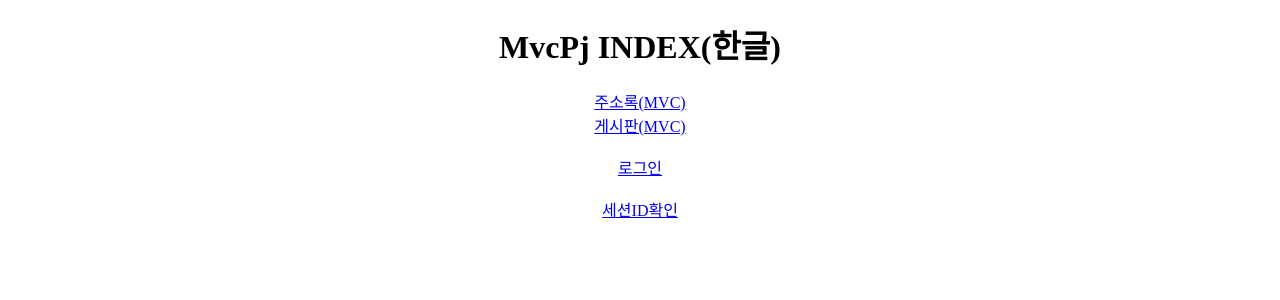
Repository: betweenhj702/Web-App-Server-Practices
Page: http://localhost/MvcPj/
An editor plug-in stored every save of this project. The page is shown before and after the next save, followed by the edit.
The browser window is 1280 px wide. The pictures show the whole page.
The page is served by Tomcat 9. Other server files are loaded and not shown.

Above is the page before, as saved 2021-01-06 03:56:30.

### workspace/MvcPj/WebContent/index.jsp
<%@ page language="java" contentType="text/html; charset=UTF-8" pageEncoding="UTF-8"%>
<%@ taglib prefix="c" uri="http://java.sun.com/jsp/jstl/core" %>
<!DOCTYPE html>
<html>
<head>
<meta charset="UTF-8">
<title>MvcPj index</title>
</head>
<body>
	<div style="text-align:center">
		<h1>MvcPj INDEX(한글)</h1>
		<p>
		<c:if test="${!member.flag or empty member}">
			<a href="addr/addr.do">주소록(MVC)</a><br/>
		 	<a href="sm/sm.do?cp=1&ps=3">게시판(MVC)</a><br/><br/>
		 	<a href="login/login.do?m=form">로그인</a><br/><br/>
		 	<a href="scope/session_test.jsp">세션ID확인</a><br/>
		 </c:if>
		 <c:if test="${member.flag}">
		 	<a href="../addr/addr.do">주소록(MVC)</a><br/>
		 	<a href="../sm/sm.do?cp=1&ps=3">게시판(MVC)</a><br/><br/>
		 	<a href="login.do?m=logout">로그아웃</a>
		 		${member.email}&nbsp;&nbsp;&nbsp;${member.name}&nbsp;&nbsp;&nbsp;${member.phone}
		 		<br/><br/>
		 	<a href="../scope/session_test.jsp">세션ID확인</a><br/>
		 </c:if>





		</p>
		</div>
</body>
</html>

After the next save:
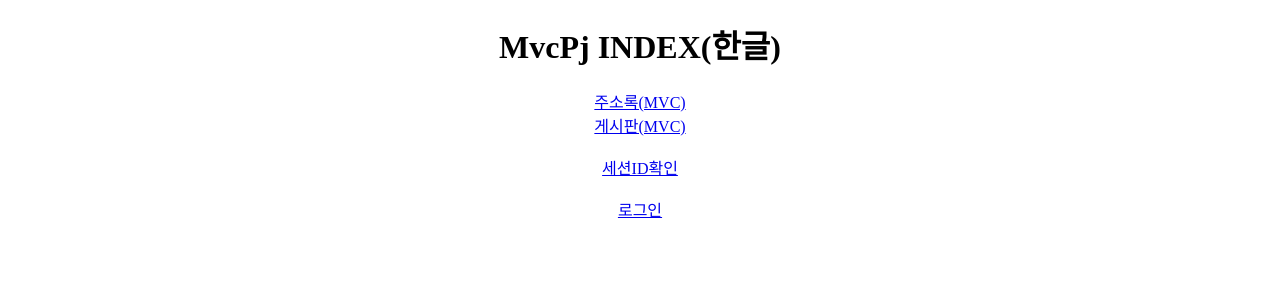
Saved 2 min 27 s later.
--- a/workspace/MvcPj/WebContent/index.jsp
+++ b/workspace/MvcPj/WebContent/index.jsp
@@ -10,19 +10,19 @@
 	<div style="text-align:center">
 		<h1>MvcPj INDEX(한글)</h1>
 		<p>
-		<c:if test="${!member.flag or empty member}">
 			<a href="addr/addr.do">주소록(MVC)</a><br/>
 		 	<a href="sm/sm.do?cp=1&ps=3">게시판(MVC)</a><br/><br/>
-		 	<a href="login/login.do?m=form">로그인</a><br/><br/>
-		 	<a href="scope/session_test.jsp">세션ID확인</a><br/>
-		 </c:if>
+
+		 	<a href="scope/session_test.jsp">세션ID확인</a><br/><br/>
+		 	<c:if test="${!member.flag or empty member}">
+		 		<a href="login/login.do?m=form">로그인</a><br/><br/>
+		 	</c:if>
+
 		 <c:if test="${member.flag}">
-		 	<a href="../addr/addr.do">주소록(MVC)</a><br/>
-		 	<a href="../sm/sm.do?cp=1&ps=3">게시판(MVC)</a><br/><br/>
-		 	<a href="login.do?m=logout">로그아웃</a>
-		 		${member.email}&nbsp;&nbsp;&nbsp;${member.name}&nbsp;&nbsp;&nbsp;${member.phone}
-		 		<br/><br/>
-		 	<a href="../scope/session_test.jsp">세션ID확인</a><br/>
+		 	<a href="login.do?m=logout">로그아웃</a><br/>
+		 	${member.email}&nbsp;&nbsp;&nbsp;${member.name}&nbsp;&nbsp;&nbsp;${member.phone}
+		 	<br/><br/>
+
 		 </c:if>
 
 
